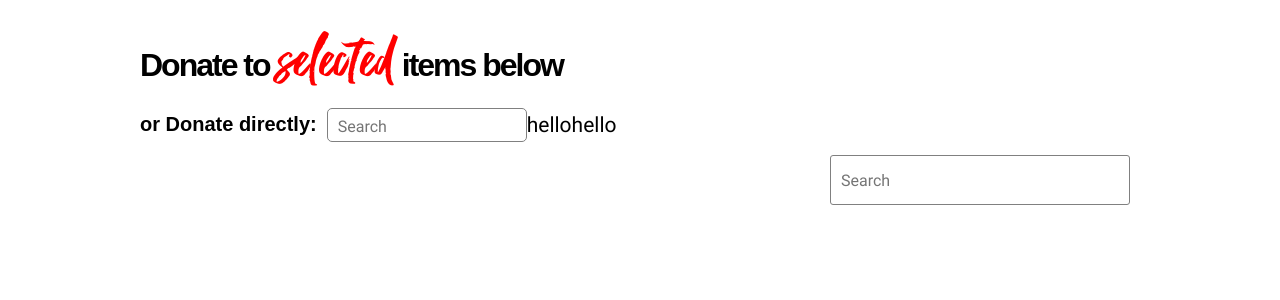
Repository: David-Waite/edableStyleChanges
Page: /
An editor plug-in stored every save of this project. The page is shown before and after the next save, followed by the edit.
The browser window is 1280 px wide. The pictures show the whole page.
The page's requests for data from a server got no answer. The project was rebuilt for these pictures with package versions that can differ from the ones it lists, and the page was loaded fresh each time. Some packages were replaced by stand-ins written for this rebuild. No one was signed in, and anything a server would have sent is missing. Queries for data that is not in the repository find no rows. Also part of the build but not shown: src/components/Item/ProgressBar.css, src/components/Volunteer/Volunteer.tsx, src/components/DonorForm/Message.css, src/components/Volunteer/VolunteerError.tsx, src/components/Default.tsx, src/components/DonorForm/Paypal.tsx, src/components/DonorForm/DonorForm.tsx, src/components/DonorForm/PastDonations.css and 8 more.

Above is the page before, as saved 2022-11-09 19:36:39.

### public/index.html
<!DOCTYPE html>
<html lang="en">
  <head>
    <meta charset="utf-8" />
    <link rel="icon" href="%PUBLIC_URL%/favicon.ico" />
    <meta name="viewport" content="width=device-width, initial-scale=1" />
    <meta name="theme-color" content="#000000" />
    <meta name="description" content="EdAble Donations System" />
    <link rel="apple-touch-icon" href="%PUBLIC_URL%/logo192.png" />
    <link rel="manifest" href="%PUBLIC_URL%/manifest.json" />
    <link
      rel="stylesheet"
      href="https://cdn.jsdelivr.net/npm/bootstrap@5.2.0-beta1/dist/css/bootstrap.min.css"
      integrity="sha384-0evHe/X+R7YkIZDRvuzKMRqM+OrBnVFBL6DOitfPri4tjfHxaWutUpFmBp4vmVor"
      crossorigin="anonymous"
    />
    <title>EdAble Donations</title>
  </head>
  <body>
    <noscript>You need to enable JavaScript to run this app.</noscript>
    <div id="root"></div>
  </body>
  <script src="./iframeResizer.contentWindow.min.js"></script>
</html>

### src/index.tsx
import React from 'react';
import ReactDOM from 'react-dom/client';
import './index.css';
import App from './App';
import reportWebVitals from './reportWebVitals';
import './fonts/Roboto/Roboto-Medium.ttf';
import './fonts/Lora/Lora-VariableFont_wght.ttf';

const root = ReactDOM.createRoot(
  document.getElementById('root') as HTMLElement
);
root.render(
  <React.StrictMode>
    <App />
  </React.StrictMode>
);

// If you want to start measuring performance in your app, pass a function
// to log results (for example: reportWebVitals(console.log))
// or send to an analytics endpoint. Learn more: https://bit.ly/CRA-vitals
reportWebVitals();

### src/index.css
body {
  margin: 0;
  -webkit-font-smoothing: antialiased;
  -moz-osx-font-smoothing: grayscale;
}

code {
  font-family: source-code-pro, Menlo, Monaco, Consolas, "Courier New",
    monospace;
}

* {
  box-sizing: border-box;
}

#page-wrap {
  padding-bottom: 10px;
  padding-top: 10px;
}
@font-face {
  font-family: "Roboto";
  src: local("Roboto"),
    url("./fonts/Roboto/Roboto-Medium.ttf") format("truetype");
}

@font-face {
  font-family: "Lora";
  src: local("Lora"),
    url("./fonts/Lora/Lora-VariableFont_wght.ttf") format("truetype");
}

@font-face {
  font-family: "black_stonealternative";
  src: local("blackStone"),
    url("./fonts/BlackStone/blackstone-alternative-webfont.woff") format("woff");
}

h1 {
  font-family: "Roboto";
  font-style: normal;
  font-weight: 700;
  font-size: 52px;
  line-height: 64px;
  /* identical to box height, or 123% */
  color: #000000;
}

h2 {
  font-family: "Lora";
  font-style: normal;
  font-weight: 700;
  font-size: 47px;
  line-height: 60px;
  /* identical to box height, or 128% */
  color: #f1f1f1;
}

h3 {
  font-family: "Lora";
  font-style: normal;
  font-weight: 700;
  font-size: 40px;
  line-height: 51px;
  color: #c4c4c4;
}

h4 {
  font-family: "Roboto";
  font-style: normal;
  font-weight: 700;
  font-size: 35px;
  line-height: 43px;
  /* identical to box height, or 123% */
  letter-spacing: 0.02em;
  color: #000000;
}

h5 {
  font-family: "Roboto";
  font-style: normal;
  font-weight: 700;
  font-size: 28px;
  line-height: 44px;
  /* identical to box height, or 157% */
  color: #000000;
}

h6 {
  font-family: "Roboto";
  font-style: normal;
  font-weight: 700;
  font-size: 21px;
  line-height: 25px;
  /* identical to box height */
  color: #000000;
}

body {
  font-family: "Roboto";
  font-style: normal;
  font-weight: 400;
  font-size: 21px;
  line-height: 32px;
  /* identical to box height, or 152% */
  color: #000000;
}

### src/App.tsx
import React from "react";
import "./App.css";
import { BrowserRouter, Routes, Route } from "react-router-dom";

import { PayPalScriptProvider } from "@paypal/react-paypal-js";
import Base from "./components/Base";
import Landing from "./components/Landing/Landing";
import Volunteer from "./components/Volunteer/Volunteer";
import VolunteerError from "./components/Volunteer/VolunteerError";
import Default from "./components/Default";
import Organisation from "./components/Organisation/Organisation";
import ItemPage from "./components/Item/ItemPage";
import Success from "./components/DonorForm/Success";
import Cancel from "./components/DonorForm/Cancel";
import PastDonations from "./components/DonorForm/PastDonations";
import PastItemDonations from "./components/DonorForm/PastItemDonations";
import DonateTime from "./components/Volunteer/DonateTime";

function App() {
  return (
    <PayPalScriptProvider
      options={{
        "client-id":
        process.env.REACT_APP_PAYPAL_CLIENT_ID||"ATT3Tn46NrmHggGqVC4mzWOZWlnbp2ID9DA0yQnhsgqPFIVPPlLhfSI_-atbZc3aN7n_k7wUVTyQJMnI",
        currency: "AUD",
      }}
    >
      <BrowserRouter>
        <Routes>
          <Route path="/" element={<Base />}>
            <Route path="/" element={<Landing />} />
            <Route path="volunteer" element={<Volunteer />} />
            <Route path="success" element={<Success />} />
            <Route path="organisation/:orgId" element={<Organisation />} />
            <Route path="cancel/:orgId" element={<Cancel />} />
            <Route path="volunteererror/:orgId" element={<VolunteerError />} />
            <Route path="organisation/:orgId" element={<PastDonations />} />
            <Route path="item/:orgID/:itemID" element={<ItemPage />} />
            <Route path="item/:orgID/:itemID" element={<PastItemDonations />} />
            <Route path="volunteer/organisation/:orgId" element={<DonateTime />} />
            <Route path="volunteer/success" element={<Success />} />

            {/* Using path="*"" means "match anything", so this route
                acts like a catch-all for URLs that we don't have explicit
              routes for. */}
            <Route path="*" element={<Default />} />
          </Route>
        </Routes>
      </BrowserRouter>
    </PayPalScriptProvider>
  );
}

export default App;

### src/App.css
.App {
  text-align: center;
}

.App-logo {
  height: 40vmin;
  pointer-events: none;
}

@media (prefers-reduced-motion: no-preference) {
  .App-logo {
    animation: App-logo-spin infinite 20s linear;
  }
}

.App-header {
  background-color: #282c34;
  min-height: 100vh;
  display: flex;
  flex-direction: column;
  align-items: center;
  justify-content: center;
  font-size: calc(10px + 2vmin);
  color: white;
}

.App-link {
  color: #61dafb;
}

@keyframes App-logo-spin {
  from {
    transform: rotate(0deg);
  }
  to {
    transform: rotate(360deg);
  }
}

.font-face-rob {
  font-family: "Roboto";
}

.font-face-lora {
  font-family: "Lora";
}

.font-face-Black {
  font-family: "black_stonealternative";
}

### src/components/Base.tsx
import { Outlet } from 'react-router-dom';

function BasePage() {
  return (
    <>
      {/* An <Outlet> renders whatever child route is currently active,
          so you can think about this <Outlet> as a placeholder for
        the child routes we defined above. */}
      <Outlet/>
    </>
  );
}

export default BasePage;

### src/components/Landing/Landing.tsx
import { useEffect, useState } from "react";
import "./Landing.css";
import { Link } from "react-router-dom";
import { db } from "../../config/firebase";
import { collection, query, onSnapshot, where } from "firebase/firestore";
import { Button, Container, Carousel, Row, Col } from "react-bootstrap";
import { ReactComponent as InclusionHero } from "./InclusionHero.svg";

import Sidebar from "./Sidebar";
import ItemsCollection from "./ItemsCollection";
import Organisation from "../Organisation/Organisation";

function Landing() {
  const [orgList, setOrgList] = useState<any>([]);

  // gets all the orgs from dbs
  useEffect(() => {
    const q = query(
      collection(db, "Organisations"),
      where("activeStatus", "==", true)
    );
    onSnapshot(q, (querySnapshot) => {
      // setOrgList dumps all the orgs in orgList
      setOrgList(
        querySnapshot.docs.map((doc) => ({
          id: doc.id,
          data: doc.data(),
        }))
      );
    });
  }, []);

  useEffect(() => {
    window.scrollTo(0, 0);
  }, []);

  function handleChange() {
    console.log("hi");
  }
  return (
    //   these lines set up the format of the page
    <>
      <div className="landing">
        {/* Burger menu */}

        <div className="App" id="outer-container">
          {/* Carousel */}
          <div className="slideshowCon">
            <Row>
              <Col>
                <div className="carouselContainer">
                  <Carousel
                    touch={true}
                    interval={4000}
                    indicators={true}
                    variant="light"
                  >
                    {orgList.map((org: any) => (
                      <Carousel.Item
                        key={org.id.toString()}
                        style={{
                          textAlign: "left",
                        }}
                      >
                        <Link
                          to={`organisation/${org.id}`}
                          style={{
                            textDecoration: "none",
                            color: "black",
                          }}
                        >
                          {/* this div contains the carousel item's contents and makes the whole carousel item a link (based on link tag above) */}
                          <div className="carousel-contents">
                            <img
                              className="carouselImage"
                              src={`${org.data.img}`}
                            />

                            <div className="caroursel-text">
                              <div className="carousel-contents-bottom">
                                <div>
                                  {" "}
                                  <h2 className="title">{org.data.name}</h2>
                                  <p className="orgSummary">
                                    {org.data.summary}
                                  </p>
                                </div>

                                <Button
                                  className="btnContribute"
                                  variant="warning"
                                >
                                  DONATE TO&#160;
                                  {org.data.name.toUpperCase()}!
                                </Button>
                              </div>
                            </div>
                          </div>
                        </Link>
                      </Carousel.Item>
                    ))}
                  </Carousel>
                </div>
              </Col>
            </Row>
          </div>
        </div>

        <div>
          <h2 className="pageTitle">
            Donate to <span>selected</span> items below
            <br />
          </h2>
          <div className="selectOrgCon">
            <h2 className="selectOrg">or Donate directly:</h2>
            <div className="orgSearchBar">
              <input
                className="input"
                type="text"
                placeholder="Search"
                onChange={handleChange}
                onClick={handleChange}
              />
            </div>
            <div>
              <a>hello</a>
              <a>hello</a>
            </div>
          </div>
        </div>

        <ItemsCollection orgList={orgList} />
      </div>
    </>
  );
}

export default Landing;

### src/components/Landing/Landing.css
.carousel-control-next,
.carousel-control-prev {
  width: 10%;
}

.landing {
  max-width: 1000px;

  margin: 0px auto 90px;
}
.pageTitle {
  font-size: 32px;
  color: black;
  font-family: sans-serif;
  margin-top: 60px;
  margin-bottom: 40px;
  letter-spacing: -2px;
  line-height: 0px;
  font-weight: 700;
}

.title {
  font-size: 32px;
  color: white;
  font-family: sans-serif;
}
.pageTitle span {
  font-family: "black_stonealternative";
  margin-left: 0px;
  margin-right: 0px;
  font-size: 55px;
  letter-spacing: 1px;
  font-weight: 100;
}

.selectOrg {
  font-size: 20px;
  color: black;
  font-family: sans-serif;
  padding-top: 5px;
  font-weight: 700;
}
.selectOrgCon {
  height: 40px;
  display: flex;
  align-items: center;
  margin-bottom: 0px;
}

.orgSearchBar input {
  height: auto;
  padding: 0 10px;
  width: 200px;
}

.orgSearchBar input::placeholder {
  font-size: 16px;
}

.orgSearchBar {
  margin-left: 10px;
  display: flex;
  flex-direction: column;
}

.col {
  padding: 0;
}

.navBarContainer {
  margin-left: 30px;
  margin-top: 10px;
  position: absolute;
  color: white;
}

.carousel {
  /* margin: 3px; */
  /* border-radius: 30px; */

  color: white;
  /* height: ; */
}

.carouselImage {
  object-fit: cover;
  height: calc(500px - 140px);
}

.carousel-contents {
  display: flex;

  flex-direction: column;
  justify-content: flex-end;

  color: white;
  height: 500px;
}

.carousel-indicators {
  margin-bottom: 10px;
}

.carousel-contents-bottom {
  display: flex;
  align-items: center;
  justify-content: space-between;
  gap: 10px;

  margin-bottom: 30px;
}

.caroursel-text {
  padding: 0px 25px;
  height: 140px;
  background-color: #333333;
}

.btnContribute {
  background-color: #e50040;
  color: white;
  border: none;
  border-radius: 3px;
}

.btnContribute span {
  margin-left: 3px;
  font-size: 16px;
  font-weight: 400;
  color: white;
}

.btnContribute div {
  font-size: 16px;
  font-weight: 400;
  margin: 0;
}

.btnContribute:hover {
  background-color: #d4033e;
  color: white;
}

.orgSummary {
  font-size: 16px;
  line-height: 25px;
  margin-bottom: 0px;
}

.imgCarousel {
  width: 100%;
  height: 600px;
}

.orgList {
  font-family: sans-serif;
  font-size: 20px;
  color: black;
}

.orgListCon {
  display: flex;
  align-items: center;
}
@media (max-width: 1040px) {
  .landing {
    padding: 0 20px;
  }
}

@media (max-width: 900px) {
  .title {
    font-size: 28px !important;
  }
}

@media (max-width: 800px) {
  .carousel-contents-bottom {
    flex-direction: column;
    align-items: flex-start;

    gap: 0px;
  }
  .caroursel-text {
    height: 200px;
  }
}

@media (max-width: 500px) {
  .btnContribute div {
    width: 100%;
  }

  .caroursel-text {
    height: 220px;
  }
}

@media (max-width: 370px) {
  .btnContribute {
    margin-top: -10px;
    font-size: 10px;
  }
}

@media (max-width: 325px) {
  .btnContribute span {
    font-size: 9px;
  }
}

/* #carousel-indicators {
    color:rgb(17, 0, 61)
} */

/* Button {
  font-size: x-small;
  style={{ backgroundImage: `url(${org.data.img})` }}




   <img
                              className="imgCarousel"
                              src={org.data.img}
                              alt={`${org.data.name}` + "'s logo"}
                            />
} */

### src/config/firebase.js
import { initializeApp } from "firebase/app";
import { getFirestore } from "firebase/firestore";
import { initializeAppCheck, ReCaptchaV3Provider } from "firebase/app-check";

const firebaseConfig = {
  apiKey: "AIzaSyDs6EtNxxw7Q9vqGTd9EFzCkpK4aQ9u_dY",
  authDomain: "edable-swinburne.firebaseapp.com",
  projectId: "edable-swinburne",
  storageBucket: "edable-swinburne.appspot.com",
  messagingSenderId: "217658206897",
  appId: "1:217658206897:web:529a69fce1bf349d7ad090",
  measurementId: "G-2R2MP9QZ9F",
};

// Initialize Firebase
const app = initializeApp(firebaseConfig);
const db = getFirestore(app);

// app check
const appCheck = initializeAppCheck(app, {
  provider: new ReCaptchaV3Provider("6LcACHkiAAAAAI-dIVsdXLO9-vrCICsqM5sRRjbJ"),
  isTokenAutoRefreshEnabled: true,
});

export { db };

### src/components/Landing/ItemsCollection.tsx
import { useState, useEffect } from "react";
import {
  collectionGroup,
  query,
  onSnapshot,
  collection,
  where,
  getDocs,
} from "firebase/firestore";
import { db } from "../../config/firebase";
import Card from "react-bootstrap/Card";
import ProgressBar from "react-bootstrap/ProgressBar";
import { Link } from "react-router-dom";
import styles from "./ItemsCollection.module.css";
import "../Item/ProgressBar.css";

function ItemsCollection(props: any) {
  const [itemList, setItemList] = useState<any>([]);
  const [search, setSearch] = useState<string>("");

  useEffect(() => {
    const q = query(
      collectionGroup(db, "Items"),
      where("activeStatus", "==", true)
    );

    onSnapshot(q, async (querySnapshot) => {
      setItemList(
        querySnapshot.docs.map((doc) => ({
          id: doc.id,
          data: doc.data(),
          parentDoc: doc.ref.parent.parent?.id,
        }))
      );
    });
  }, []);

  function mergeLists() {
    const mergeList: any = [];
    itemList.map((item: any) => {
      props.orgList.map((org: any) => {
        if (item.parentDoc === org.id) {
          if (item.data.activeStatus === true) {
            mergeList.push({
              ...item,
              orgName: org.data.name,
              orgActiveStatus: org.data.activeStatus,
            });
          }
        }
      });
    });
    return mergeList;
  }

  const mergeList = mergeLists();

  const handleChange = (e: React.ChangeEvent<HTMLInputElement>) => {
    setSearch(e.target.value);
  };
  const filteredItems = mergeList.filter((item: any) =>
    item.data.name.toLowerCase().includes(search.toLowerCase())
  );

  return (
    <>
      <div className={styles.containerDiv}>
        <div
          className={styles.searchBar}
          style={{
            borderRadius: "3px",
            display: "flex",
            alignItems: "right",
            justifyContent: "right",
          }}
        >
          <input
            style={{ fontSize: "16px" }}
            className={styles.input}
            type="text"
            onChange={handleChange}
            placeholder="Search"
          />
        </div>

        <div className={styles.cardParentDiv}>
          {filteredItems.map((item: any) => (
            <div key={item.id.toString()} className={styles.cards}>
              <div className={styles.cardImage}>
                <img src={item.data.img} alt={`Image of  ${item.data.name}`} />
              </div>

              <div className={styles.cardBody}>
                <div>
                  <h3 className={styles.cardTitle}>
                    {item.orgName}:
                    <br />
                    <span>{item.data.name}</span>
                  </h3>

                  <p className={styles.cardDes}>{item.data.summary}</p>
                </div>

                <div className={styles.bottomHalfCard}>
                  <p>
                    ${item.data.totalDonationsValue || 0} of $
                    {item.data.initialPrice}
                  </p>
                  <ProgressBar
                    striped
                    now={
                      item.data.totalDonationsValue
                        ? (item.data.totalDonationsValue /
                            item.data.initialPrice) *
                          100
                        : 0
                    }
                    label={`${Math.round(
                      (item.data.totalDonationsValue / item.data.initialPrice) *
                        100
                    )}%`}
                  />
                  <Link
                    style={{
                      textDecoration: "none",
                      color: "black",
                    }}
                    to={`item/${item.parentDoc}/${item.id}`}
                  >
                    <div className={styles.btn}>DONATE NOW!</div>
                  </Link>
                </div>
              </div>
            </div>
          ))}
        </div>
      </div>
    </>
  );
}

export default ItemsCollection;

### src/components/Organisation/Organisation.module.css
.body {
  background-color: black;
}

* {
  margin: 0;
  padding: 0;
}

img {
  max-width: 100%;
}

.section {
  max-width: 1000px;
  margin: 0 auto;
  background-color: white;
}

.orgName,
.volunteerOrgName span {
  font-family: "black_stonealternative";
  margin-left: 0px;
  margin-right: 0px;
  font-size: 55px;
  font-weight: 100;
  color: #5e17a9;
  line-height: 45px;
}

.orgNameSpan,
.volunteerOrgName {
  font-size: 32px;
  color: black;
  font-family: sans-serif;
  font-weight: 600;
  line-height: normal;
}
.volunteerOrgName span {
  color: #5e17a9;
}
.line {
  margin: 20px 0 30px;
  height: 3px;
  width: 70px;
  background-color: #511493;
}

.itemName {
  font-size: 32px;
  color: black;
  font-family: sans-serif;
  font-weight: 600;
  line-height: normal;
}

.itemImgDesktop {
  margin-bottom: 20px;
}

.sideIdmage {
  display: flex;
  flex-direction: column;
}

.itemImgMobile,
.mobileSideImg {
  display: none;
}

.itemName span {
  color: #511493;
  font-size: 33px;
}

.des {
  margin-top: 20px;
  font-size: 16px;
  font-weight: 100;
  line-height: 25px;
  color: #333333;
}
.mainContent {
  margin-top: 40px;
  display: grid;
  grid-template-columns: 1fr 1.5fr;
  gap: 80px;
}
.btn {
  display: flex;
  align-items: center;
  height: 40px;
  color: white;

  border-radius: 3px !important;
  font-size: 16px;
  font-weight: 400;
  padding: 0 15px;
}

a {
  text-decoration: none !important;
}
.websiteBtn {
  height: 40px;

  border-radius: 3px !important;
  font-size: 16px;
  font-weight: 400;
  padding: 10px 15px;

  color: white;
  background-color: #511493;
}
.btn:hover {
  color: white;
}

.goBack {
  background-color: #e50040;
}

.goBack:hover {
  background-color: #f16800;
}

.orgImg {
  width: 100%;
  height: 500px;
  object-fit: cover;
}

.website {
  padding: 30px;
  margin-top: 10px;
  background: linear-gradient(58.89deg, #5e17a9 31.3%, #e50040 67.75%);
  color: white;
}

.website div {
  margin-top: 10px;
}
.website a {
  background-color: #e50040;
  width: 100%;
  color: white;
  border-radius: 3px !important;
  font-size: 16px;
  font-weight: 400;
  padding: 10px 15px;
}

.header {
  margin: 10px 0;
  display: flex;
  gap: 10px;

  align-items: center;
}

h6 {
  margin-top: 30px;
  font-size: 33px;
  font-weight: 400;
  line-height: 30px;
}

h6 div {
  font-family: "black_stonealternative";
  margin-top: 30px;
  color: #5e17a9;
  font-size: 55px;
  letter-spacing: 1px;
  font-weight: 100;
}

.orgDescription {
  margin-top: 20px;
  font-size: 16;
}

.formCon {
  margin-top: 20px;
}

.btnPurple {
  background-color: #511493;
}
.topItem {
  display: flex;
  align-items: center;
  gap: 40px;
}

.backButton {
  margin-top: 30px;
  color: white;
  border-radius: 3px;
  background-color: #e50040;
  border: none;
}

.backButton:hover {
  color: white;

  background-color: #d4033e;
}

.topButton:hover {
  background-color: #f16800;
}

.card {
  border-radius: 3px;
  border: none;

  background-color: #f4f4f4;
}

.card img {
  width: 100%;
}

.cardContent {
  padding: 20px;
}

.cardTitle {
  font-size: 18px;
  color: black;
  font-family: sans-serif;
  height: auto;
  line-height: 25px;
}

.cardDes {
  margin-top: 0px;
  color: rgb(29, 29, 29);
  font-size: 16px;
  letter-spacing: 0.1px;
  line-height: 20px;
  font-weight: 400;
}

@media (max-width: 1040px) {
  .section {
    padding: 0 20px;
  }
}
@media (max-width: 700px) {
  .content {
    padding: 0 20px 50px;
  }
  .formContainer {
    padding: 30px 20px;
  }
  .topItem {
    display: flex;
    flex-direction: column;
    gap: 40px;
  }
  .card {
    width: 100%;
  }
}

@media (max-width: 900px) {
  .mainContent {
    display: grid;
    grid-template-columns: 1fr;
    gap: 20px;
    margin-bottom: 10px;
  }
  .itemImgDesktop,
  .desktopSideImg {
    display: none;
  }
  .mobileSideImg {
    display: block;
  }

  .itemImgMobile {
    display: block;
    width: 100%;
  }
}

@media (max-width: 500px) {
  label {
    font-size: 10px;
  }

  h6 {
    font-size: 25px;
  }
  h6 span {
    font-size: 40px;
  }
  .btn {
    font-size: 12px;
  }
}

### src/components/Landing/ItemsCollection.module.css
.containerDiv {
  /* background-color: rgb(212, 238, 249); */
  border-radius: 40px;
}

.searchBar {
  border-radius: 3px !important;
  padding: 0;
}
.title {
  font-size: 32px;
  color: black;
  font-family: sans-serif;
  margin-top: 60px;
  margin-bottom: 40px;

  letter-spacing: -2px;
}

.title span {
  font-family: "black_stonealternative";
  margin-left: 0px;
  margin-right: 0px;
  font-size: 55px;
  letter-spacing: 1px;
  font-weight: 100;
}

.input {
  margin: 10px;
  width: 300px;
  border-radius: 3px;
  padding: 2px 10px;
}

.cardParentDiv {
  margin-top: 20px;
  display: grid;
  grid-template-columns: 1fr 1fr 1fr;
  gap: 30px;
}

.bottomHalfCard {
  align-self: end;
}
.cardParentDiv img {
  width: 100%;
  height: 180px;
  object-fit: cover;
  padding: 0;
  margin: 0;
}

.cardImage {
  height: 180px;
}
.cardTitle {
  font-size: 18px;
  color: black;
  font-family: sans-serif;
  height: auto;
  line-height: 25px;
}

.cardTitle span {
  color: #e50040;
}

.cardDes {
  height: 60px;
  margin-top: 0px;
  color: rgb(29, 29, 29);
  font-size: 16px;
  letter-spacing: 0.1px;
  line-height: 16px;
  font-weight: 400;
}

.btn {
  text-decoration: none;
  color: white;
  display: flex;
  align-items: center;
  justify-content: center;
  height: 40px;
  margin-top: 10px;
  margin-bottom: -15px;
  text-align: center;
  border-radius: 3px;
  font-size: 16px;
  font-weight: 400;

  background-color: #5e17a9;
}

.cardBody {
  padding: 10px 10px 30px 10px;
}

.cards {
  border-radius: 3px;
  border: none;
  background-color: #f4f4f4;
}

@media (max-width: 1040px) {
  .cardParentDiv {
    grid-template-columns: 1fr 1fr;
    gap: 60px;
  }
  .input {
    width: calc(100vw - 40px);
  }
}

@media (max-width: 650px) {
  .cardParentDiv {
    grid-template-columns: 1fr 1fr;
    gap: 20px;
  }
}

@media (max-width: 600px) {
  .cardParentDiv {
    grid-template-columns: 1fr;
    gap: 20px;
  }
}

### src/components/DonorForm/DonorForm.css
.donorInfoContainer {
  background-color: rgb(238, 238, 238);
  padding: 20px 40px;
  border-radius: 3px;
}

.formTitle {
  color: #5e17a9;
}

.presetButtons {
  display: flex;
  align-items: center;
  justify-content: flex-start;
  margin-bottom: -20px;
}

label,
.or {
  padding: 5px 0;
  font-weight: lighter;
}

label span {
  color: rgb(176, 53, 53);
  margin-left: 2px;
}

input:disabled {
  background-color: rgb(197, 197, 197);
}

.checkbox {
  display: flex;
  justify-content: start;
  align-items: center;
}

.checkbox input {
  width: auto;
  margin-right: 5px;
}

.monthlyPayment {
  margin-top: 15px;
  margin-bottom: -25px;
}

.availablity {
  display: flex;
  gap: 60px;
  padding-bottom: 10px;
}

.isAron {
  margin-top: 15px;
}
.mailingList {
  margin-bottom: 15px;
}
input,
select {
  height: 50px;
  width: 100%;
  border: 0.1px solid;
  border-color: grey;
  border-radius: 5px;
}

select {
  padding: 15px 10px;
  border: none;
}

span {
  font-size: large;
  color: red;
}

.proceedPayBtn {
  color: white;
  background-color: #ff7000;
  border-color: #ff7000;
  margin-right: auto;
}

.proceedPayBtn:hover {
  background-color: #f16800;
  color: white;
}

button {
  border-radius: 4px;
  border: 1px solid rgb(215, 215, 215);
  padding: 5px 10px;
  font-size: 14px;
  margin: 5px;
  color: white;
  background-color: #ff7000;
  border-color: #ff7000;
}

button[type="submit"],
input[type="submit"] {
  background: #ec598f;
  color: white;
  text-transform: uppercase;
  border: none;
  margin-top: 40px;
  padding: 10px;
  font-size: 16px;
  font-weight: 400;
  letter-spacing: 10px;
}

Loaded but not shown: src/reportWebVitals.ts (common file); public/iframeResizer.contentWindow.min.js (library)

After the next save:
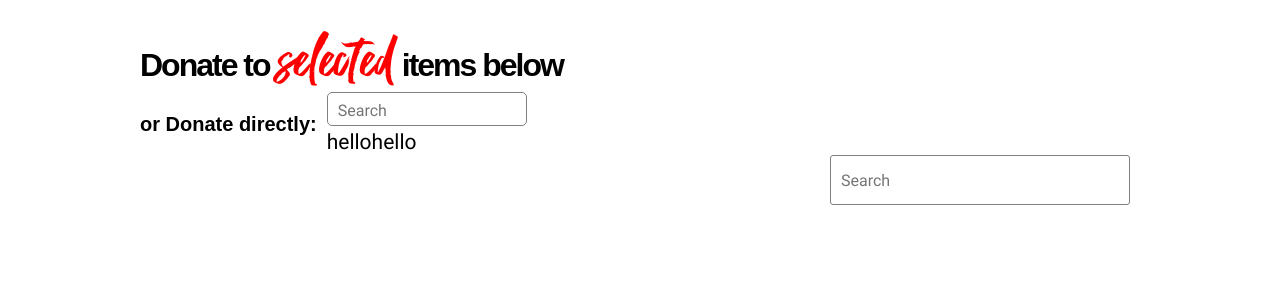
Saved 9 s later.
--- a/src/components/Landing/Landing.tsx
+++ b/src/components/Landing/Landing.tsx
@@ -121,10 +121,10 @@ function Landing() {
                 onChange={handleChange}
                 onClick={handleChange}
               />
-            </div>
-            <div>
-              <a>hello</a>
-              <a>hello</a>
+              <div>
+                <a>hello</a>
+                <a>hello</a>
+              </div>
             </div>
           </div>
         </div>
